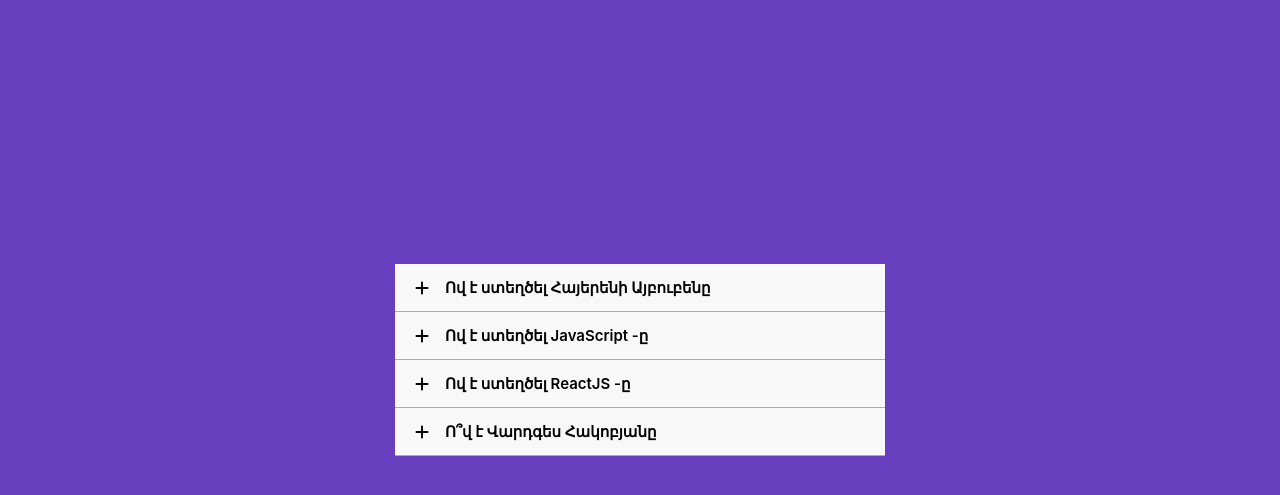
Repository: vardgeshakobyann/Accordion-ReactJS
Page: /
An editor plug-in stored every save of this project. The page is shown before and after the next save, followed by the edit.
The browser window is 1280 px wide. The pictures show the whole page.
The project was rebuilt for these pictures with package versions that can differ from the ones it lists, and the page was loaded fresh each time.

Above is the page before, as saved 2025-06-11 10:14:51.

### public/index.html
<!DOCTYPE html>
<html lang="en">
  <head>
    <meta charset="utf-8" />
    <link rel="icon" href="%PUBLIC_URL%/favicon.ico" />
    <meta name="viewport" content="width=device-width, initial-scale=1" />
    <meta name="theme-color" content="#000000" />
    <meta
      name="description"
      content="Web site created using create-react-app"
    />
    <link rel="apple-touch-icon" href="%PUBLIC_URL%/logo192.png" />
    <!--
      manifest.json provides metadata used when your web app is installed on a
      user's mobile device or desktop. See https://developers.google.com/web/fundamentals/web-app-manifest/
    -->
    <link rel="manifest" href="%PUBLIC_URL%/manifest.json" />
    <!--
      Notice the use of %PUBLIC_URL% in the tags above.
      It will be replaced with the URL of the `public` folder during the build.
      Only files inside the `public` folder can be referenced from the HTML.

      Unlike "/favicon.ico" or "favicon.ico", "%PUBLIC_URL%/favicon.ico" will
      work correctly both with client-side routing and a non-root public URL.
      Learn how to configure a non-root public URL by running `npm run build`.
    -->
      <link rel="stylesheet" href="https://cdnjs.cloudflare.com/ajax/libs/font-awesome/6.7.2/css/all.min.css" integrity="sha512-Evv84Mr4kqVGRNSgIGL/F/aIDqQb7xQ2vcrdIwxfjThSH8CSR7PBEakCr51Ck+w+/U6swU2Im1vVX0SVk9ABhg==" crossorigin="anonymous" referrerpolicy="no-referrer" />
    <title>React App</title>
  </head>
  <body>
    <noscript>You need to enable JavaScript to run this app.</noscript>
    <div id="root"></div>
    <!--
      This HTML file is a template.
      If you open it directly in the browser, you will see an empty page.

      You can add webfonts, meta tags, or analytics to this file.
      The build step will place the bundled scripts into the <body> tag.

      To begin the development, run `npm start` or `yarn start`.
      To create a production bundle, use `npm run build` or `yarn build`.
    -->
  </body>
</html>

### src/index.js
import ReactDOM from 'react-dom/client';
import './index.css';
import App from './App';

const root = ReactDOM.createRoot(document.getElementById('root'));
root.render(<App />);

### src/index.css
* {
  margin: 0;
  padding: 0;
  box-sizing: border-box;
}

body {
  margin: 0;
  font-family: -apple-system, BlinkMacSystemFont, 'Segoe UI', 'Roboto', 'Oxygen',
    'Ubuntu', 'Cantarell', 'Fira Sans', 'Droid Sans', 'Helvetica Neue',
    sans-serif;
  -webkit-font-smoothing: antialiased;
  -moz-osx-font-smoothing: grayscale;
  background: #673EBD;
}

code {
  font-family: source-code-pro, Menlo, Monaco, Consolas, 'Courier New',
    monospace;
}

### src/App.js
import './App.css';
import Accordion from './components/Accordion/Accordion';

function App() {
  return (
    <div className="App">
      <Accordion />
    </div>
  );
}

export default App;

### src/App.css
.App {
  width: 100%;
  height: 100vh;
  display: flex;
  justify-content: center;
  align-items: center;
}

### src/components/Accordion/Accordion.jsx
import './accordion.css';
import { data } from '../../DB';
import AccordionItem from '../AccordionItem/AccordionItem';
import { useState } from 'react';

const Accordion = () => {
    const [accordionData, setAccordionData] = useState(data);
    console.log(accordionData);

    const showItem = (index) => {
        const update = accordionData.map((elm, idx) => {
            return {...elm, isComplited: idx === index};
        })

        setAccordionData(update);

        if (accordionData[index].isComplited) {
            accordionData[index].isComplited = false;
            setAccordionData([...accordionData]);
        }
    }

    return (
        <div className="accordion">
            {
                accordionData.map((el, index) => {
                    return (
                        <AccordionItem
                            key={el.id}
                            question={el.question}
                            answer={el.answer}
                            el={el}
                            showItem={() => showItem(index)}
                        />
                    )
                })
            }
        </div>
    )
}

export default Accordion;

### src/components/Accordion/accordion.css
.accordion {
    width: 490px;
    border-radius: 4px;
}

### src/DB.js
export const data = [
    {
        id: 1,
        question: "Ով է ստեղծել Հայերենի Այբուբենը",
        answer: "Մեսրոպ Մաշտոցը 405թ -ին 5րդ դարում",
        isComplited: false
    },
    {
        id: 2,
        question: "Ով է ստեղծել JavaScript -ը",
        answer: "JavaScript -ը թողարկվել 1995թ -ին Netscape ընկերության կողմից, նրան ստեղծել է Բրենդան Այկը",
        isComplited: false
    },
    {
        id: 3,
        question: "Ով է ստեղծել ReactJS -ը",
        answer: "ReactJS -ը ստեղծել է meta ընկերությունը 2013թ -ին",
        isComplited: false
    },
    {
        id: 4,
        question: "Ո՞վ է Վարդգես Հակոբյանը",
        answer: "Վարդգես Հակոբյանը՝ ծրագրավորող է, ով ստեղծել է այս փոքրիկ վեբ հավելվածը",
        isComplited: false
    }
];

### src/components/AccordionItem/AccordionItem.jsx
import './accordionItem.css';

const AccordionItem = ({question, answer, el, showItem}) => {
    return (
        <div className="accordionItem">
            <div className="header" onClick={showItem}>
                <div className="block">
                    {
                        el.isComplited
                        ?
                        <i className="fa-solid fa-minus"></i>
                        :
                        <i className="fa-solid fa-plus"></i>
                    }
                    <p>{question}</p>
                </div>
            </div>
            <div className={el.isComplited ? "bottom active" : "bottom"}>
                <p>{answer}</p>
            </div>
        </div>
    )
}

export default AccordionItem;

### src/components/AccordionItem/accordionItem.css
.accordionItem {
    width: 100%;
}

.accordionItem .header {
    width: 100%;
    height: 48px;
    background: #F8F8F8;
    padding: 10px;
    display: flex;
    justify-content: space-between;
    align-items: center;
    border-bottom: 1px solid #acacac;
    cursor: pointer;
}

.accordionItem .header .block {
    display: flex;
    justify-content: center;
    align-items: center;
    gap: 16px;
    padding: 10px;
}

.accordionItem .header .block p {
    font-weight: 600;
    font-size: 15px;
    max-width: 300px;
}

.accordionItem .bottom {
    display: none;
    width: 100%;
    min-height: 0px;
    background: #FDFDFD;
    overflow: hidden;
}

.accordionItem .bottom.active {
    display: block;
    min-height: 100px;
    padding: 10px;
}

After the next save:
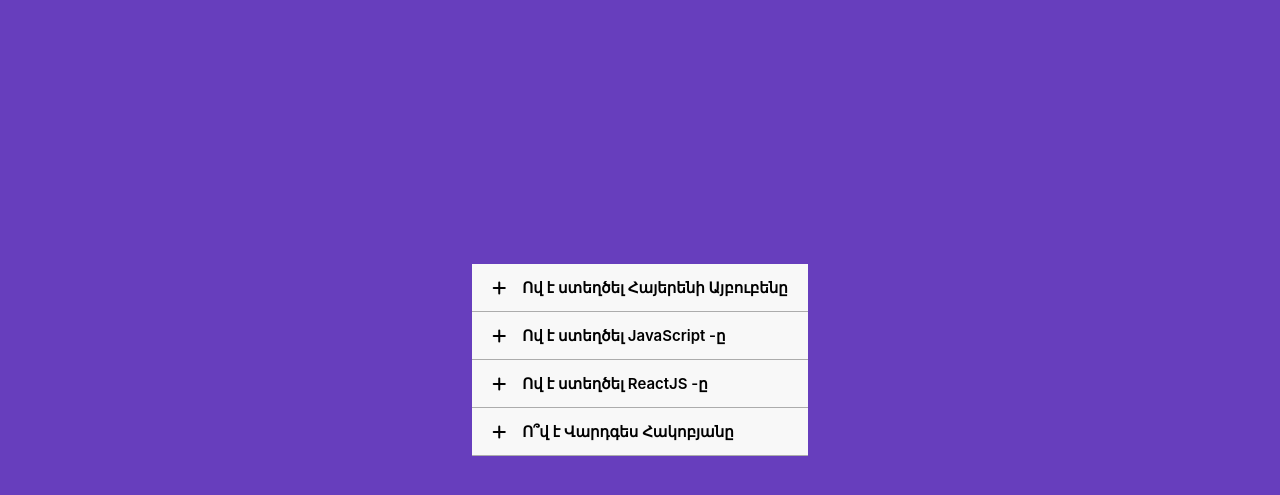
Saved 51 s later.
--- a/src/components/Accordion/accordion.css
+++ b/src/components/Accordion/accordion.css
@@ -1,4 +1,4 @@
 .accordion {
-    width: 490px;
+    max-width: 490px;
     border-radius: 4px;
 }

After the save that followed:
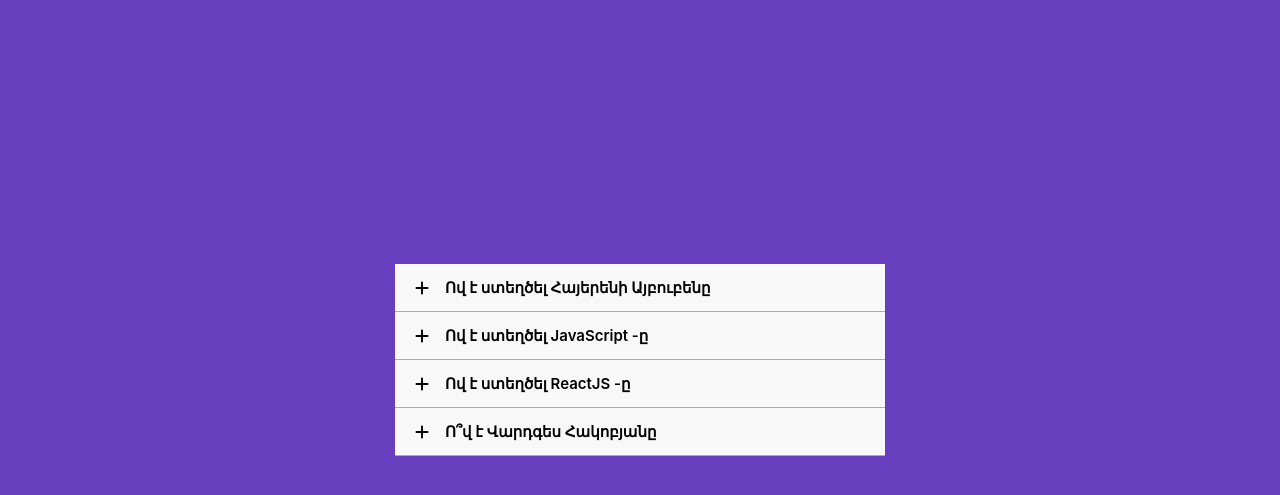
Saved 14 s later.
--- a/src/components/Accordion/accordion.css
+++ b/src/components/Accordion/accordion.css
@@ -1,4 +1,4 @@
 .accordion {
-    max-width: 490px;
+    width: 490px;
     border-radius: 4px;
 }
